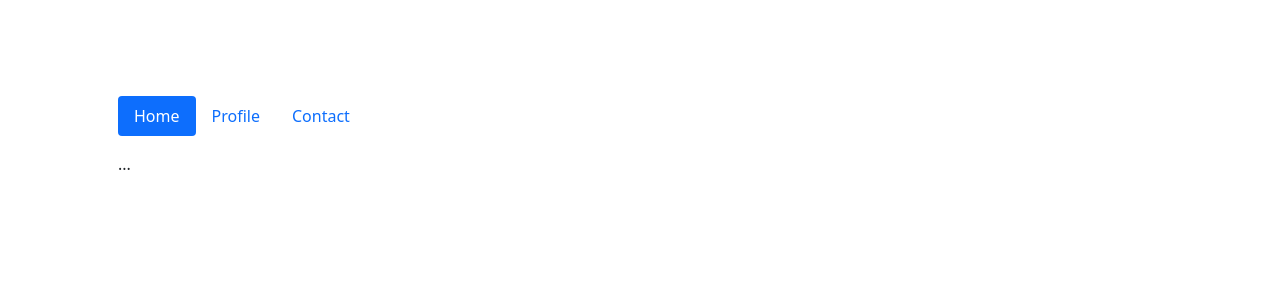
Repository: piyushiso/piyushiso.github.io
Page: tools/easylink/index.html
An editor plug-in stored every save of this project. The page is shown before and after the next save, followed by the edit.
The browser window is 1280 px wide. The pictures show the whole page.

Above is the page before, as saved 2022-05-27 14:57:58.

### tools/easylink/index.html
<html lang="en">
<head>
    <meta charset="UTF-8">
    <meta http-equiv="X-UA-Compatible" content="IE=edge">
    <meta name="viewport" content="width=device-width, initial-scale=1.0">
    <link href="https://cdn.jsdelivr.net/npm/bootstrap@5.0.2/dist/css/bootstrap.min.css" rel="stylesheet" integrity="sha384-EVSTQN3/azprG1Anm3QDgpJLIm9Nao0Yz1ztcQTwFspd3yD65VohhpuuCOmLASjC" crossorigin="anonymous">
    <title>Sharelink ツ</title>
</head>
<body>
    <div class="container my-5 p-5">
        <ul class="nav nav-pills mb-3" id="pills-tab" role="tablist">
            <li class="nav-item" role="presentation">
              <button class="nav-link active" id="pills-home-tab" data-bs-toggle="pill" data-bs-target="#pills-home" type="button" role="tab" aria-controls="pills-home" aria-selected="true">Home</button>
            </li>
            <li class="nav-item" role="presentation">
              <button class="nav-link" id="pills-profile-tab" data-bs-toggle="pill" data-bs-target="#pills-profile" type="button" role="tab" aria-controls="pills-profile" aria-selected="false">Profile</button>
            </li>
            <li class="nav-item" role="presentation">
              <button class="nav-link" id="pills-contact-tab" data-bs-toggle="pill" data-bs-target="#pills-contact" type="button" role="tab" aria-controls="pills-contact" aria-selected="false">Contact</button>
            </li>
          </ul>
        <div class="tab-content" id="pills-tabContent">
            <div class="tab-pane fade show active" id="pills-home" role="tabpanel" aria-labelledby="pills-home-tab">...</div>
            <div class="tab-pane fade" id="pills-profile" role="tabpanel" aria-labelledby="pills-profile-tab">...</div>
            <div class="tab-pane fade" id="pills-contact" role="tabpanel" aria-labelledby="pills-contact-tab">...</div>
        </div>

    </div>
    <script src="https://cdn.jsdelivr.net/npm/bootstrap@5.0.2/dist/js/bootstrap.bundle.min.js" integrity="sha384-MrcW6ZMFYlzcLA8Nl+NtUVF0sA7MsXsP1UyJoMp4YLEuNSfAP+JcXn/tWtIaxVXM" crossorigin="anonymous"></script>
</body>

</html>

After the next save:
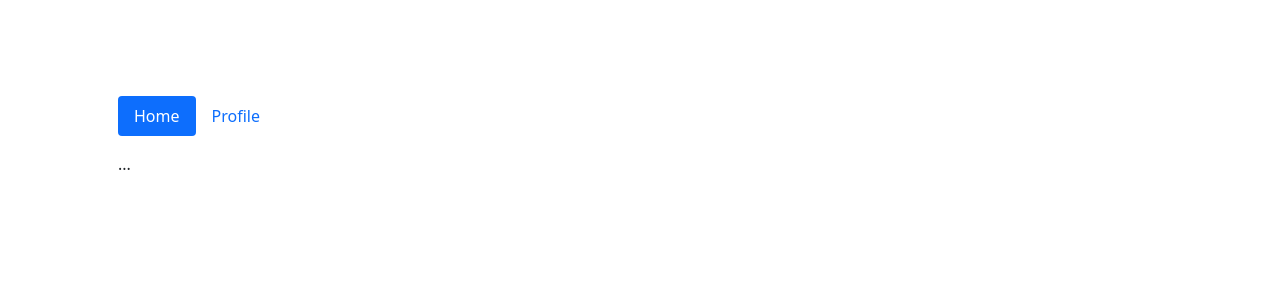
Saved 15 s later.
--- a/tools/easylink/index.html
+++ b/tools/easylink/index.html
@@ -15,9 +15,6 @@
             <li class="nav-item" role="presentation">
               <button class="nav-link" id="pills-profile-tab" data-bs-toggle="pill" data-bs-target="#pills-profile" type="button" role="tab" aria-controls="pills-profile" aria-selected="false">Profile</button>
             </li>
-            <li class="nav-item" role="presentation">
-              <button class="nav-link" id="pills-contact-tab" data-bs-toggle="pill" data-bs-target="#pills-contact" type="button" role="tab" aria-controls="pills-contact" aria-selected="false">Contact</button>
-            </li>
           </ul>
         <div class="tab-content" id="pills-tabContent">
             <div class="tab-pane fade show active" id="pills-home" role="tabpanel" aria-labelledby="pills-home-tab">...</div>
